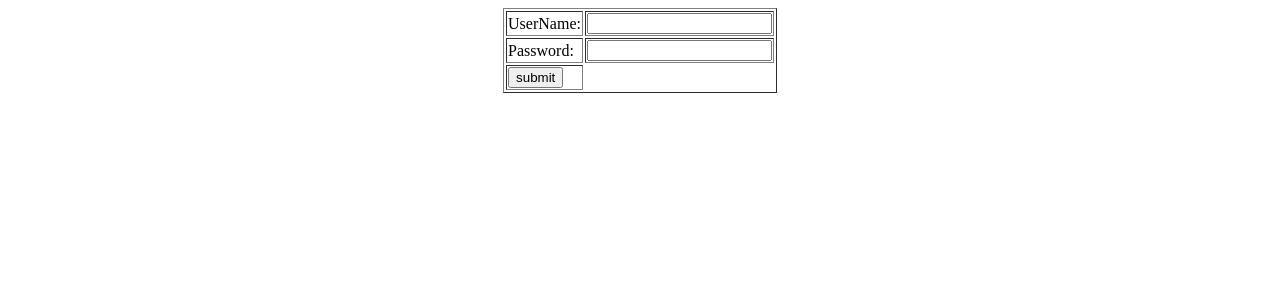
Repository: manish1905/MetaData_Details
Page: http://localhost/MetaData_Details/
An editor plug-in stored every save of this project. The page is shown before and after the next save, followed by the edit.
The browser window is 1280 px wide. The pictures show the whole page.
The page is served by Tomcat 9.

Above is the page before, as saved 2019-01-03 06:49:33.

After the next save:
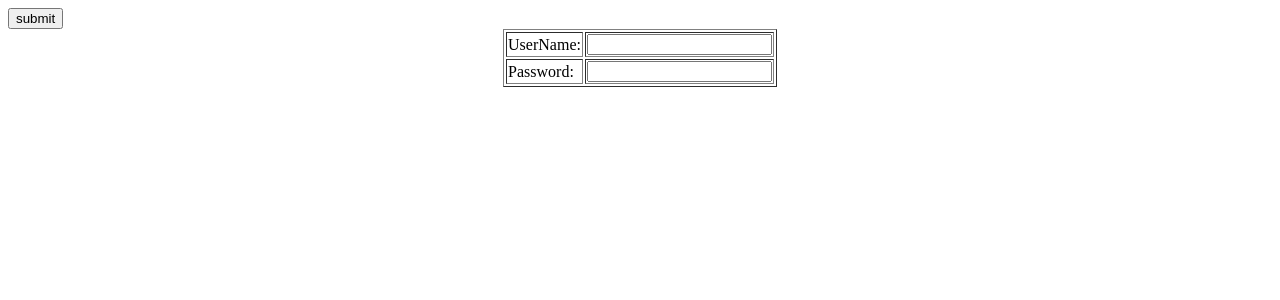
Saved 9 s later.
--- a/MetaData_Details/web/index.jsp
+++ b/MetaData_Details/web/index.jsp
@@ -26,7 +26,7 @@
 
 	</tr>
 
-	<td><input type="button" name="submit" value="submit"/></td>
+	<input type="button" name="submit" value="submit"/>
 
 	</table>
 

After the save that followed:
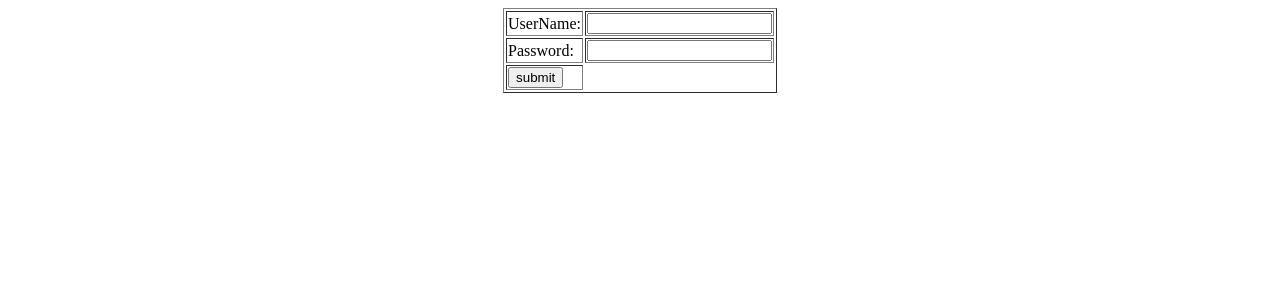
Saved 28 s later.
--- a/MetaData_Details/web/index.jsp
+++ b/MetaData_Details/web/index.jsp
@@ -26,7 +26,7 @@
 
 	</tr>
 
-	<input type="button" name="submit" value="submit"/>
+	<td><input type="button" name="submit" value="submit"/></td>
 
 	</table>
 
